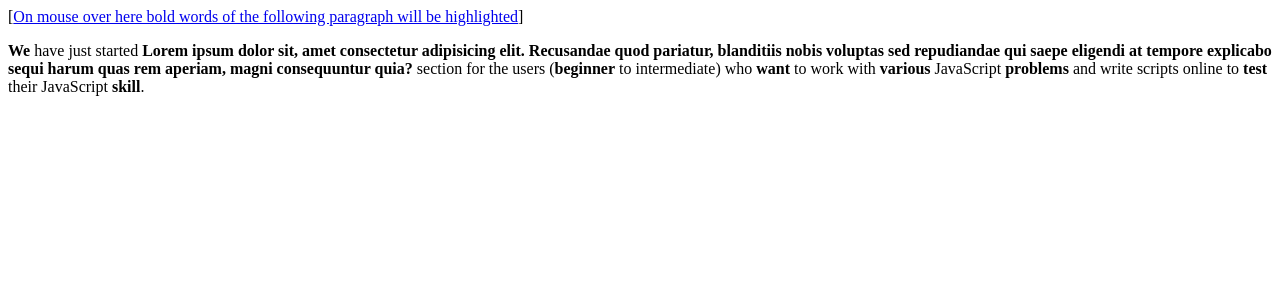
Repository: HoangDuy315/web-dev2022
Page: hw151022/ex2/ex2.5/index.html
The author's editor kept a copy of each file at every save. The page is drawn from the files as they stood at one save, then again after the next save.
The browser window is 1280 px wide. The pictures show the whole page.

Above is the page before, as saved 2022-10-15 15:26:34.

After the next save:
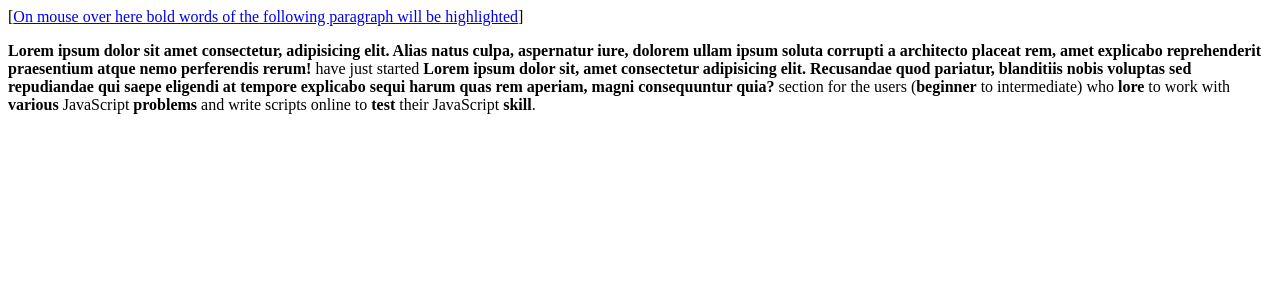
Saved 37 s later.
--- a/hw151022/ex2/ex2.5/index.html
+++ b/hw151022/ex2/ex2.5/index.html
@@ -13,7 +13,13 @@
       >]
     </p>
     <p>
-      <strong>We</strong> have just started
+      <strong
+        >Lorem ipsum dolor sit amet consectetur, adipisicing elit. Alias natus
+        culpa, aspernatur iure, dolorem ullam ipsum soluta corrupti a architecto
+        placeat rem, amet explicabo reprehenderit praesentium atque nemo
+        perferendis rerum!</strong
+      >
+      have just started
       <strong
         >Lorem ipsum dolor sit, amet consectetur adipisicing elit. Recusandae
         quod pariatur, blanditiis nobis voluptas sed repudiandae qui saepe
@@ -21,7 +27,7 @@
         consequuntur quia?</strong
       >
       section for the users (<strong>beginner</strong> to intermediate) who
-      <strong>want</strong> to work with <strong>various</strong> JavaScript
+      <strong>lore</strong> to work with <strong>various</strong> JavaScript
       <strong>problems</strong> and write scripts online to
       <strong>test</strong> their JavaScript <strong>skill</strong>.
     </p>
